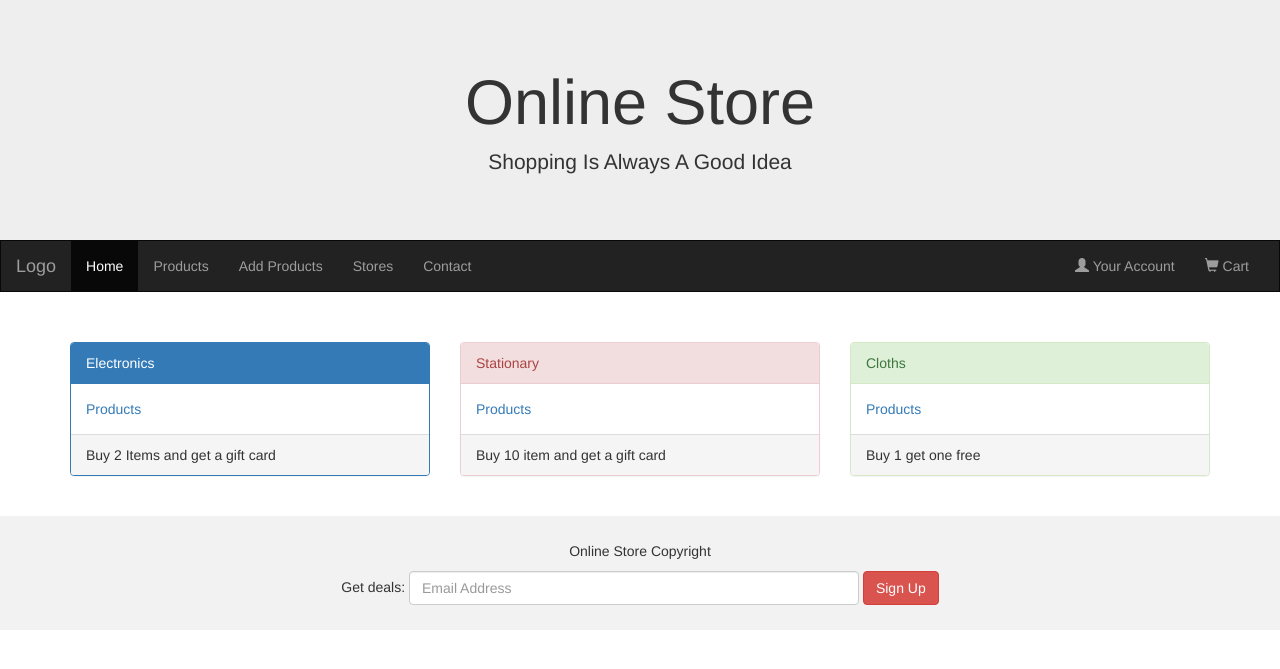
Repository: akashbhasy/AllTrainingProjects_MC-SB
Page: http://localhost/ProductPortalApp/WEB-INF/views/index.jsp
The author's editor kept a copy of each file at every save. The page is drawn from the files as they stood at one save, then again after the next save.
The browser window is 1280 px wide. The pictures show the whole page.
The page is served by Tomcat 9. Nobody is signed in. Other server files are loaded and not shown. The template is opened directly, without the code that normally fills it, so the values that code supplies are empty.

Above is the page before, as saved 2021-05-16 16:02:47.

### ProductPortalApp/src/main/webapp/WEB-INF/views/index.jsp
<!DOCTYPE html>
<html lang="en">
<head>
  <title>OnlineStore</title>
  <meta charset="utf-8">
  <meta name="viewport" content="width=device-width, initial-scale=1">
  <link rel="stylesheet" href="https://maxcdn.bootstrapcdn.com/bootstrap/3.4.1/css/bootstrap.min.css">
  <script src="https://ajax.googleapis.com/ajax/libs/jquery/3.5.1/jquery.min.js"></script>
  <script src="https://maxcdn.bootstrapcdn.com/bootstrap/3.4.1/js/bootstrap.min.js"></script>
  <style>
    /* Remove the navbar's default rounded borders and increase the bottom margin */
    .navbar {
      margin-bottom: 50px;
      border-radius: 0;
    }

    /* Remove the jumbotron's default bottom margin */
     .jumbotron {
      margin-bottom: 0;

    }

    /* Add a gray background color and some padding to the footer */
    footer {
      background-color: #f2f2f2;
      padding: 25px;
    }
  </style>
</head>
<body>

<div class="jumbotron">
  <div class="container text-center">
    <h1>Online Store</h1>
    <p>Shopping Is Always A Good Idea</p>
  </div>
</div>

<nav class="navbar navbar-inverse">
  <div class="container-fluid">
    <div class="navbar-header">
      <button type="button" class="navbar-toggle" data-toggle="collapse" data-target="#myNavbar">
        <span class="icon-bar"></span>
        <span class="icon-bar"></span>
        <span class="icon-bar"></span>
      </button>
      <a class="navbar-brand" href="#">Logo</a>
    </div>
    <div class="collapse navbar-collapse" id="myNavbar">
      <ul class="nav navbar-nav">
        <li class="active"><a href="index">Home</a></li>
        <li><a href="viewAllProducts">Products</a></li>
        <li><a href="addproduct">Add Products</a></li>
        <li><a href="#">Stores</a></li>
        <li><a href="#">Contact</a></li>
      </ul>
      <ul class="nav navbar-nav navbar-right">

	  <li class="dropdown"><a class="dropdown-toggle" data-toggle="dropdown" href="#"><span class="glyphicon glyphicon-user"></span> Your Account</a>
        <ul class="dropdown-menu">
          <li><a href="#">Profile View</a></li>
          <li><a href="/logout">Logout</a></li>
         </ul>
	  <li><a href="cart/mycart"><span class="glyphicon glyphicon-shopping-cart"></span> Cart</a></li>
      </ul>
    </div>
  </div>
</nav>

<div class="container">
  <div class="row">
    <div class="col-sm-4">
      <div class="panel panel-primary">
        <div class="panel-heading">Electronics</div>
        <div class="panel-body"><a href="viewAllProducts">Products</a></div>
        <div class="panel-footer">Buy 2 Items and get a gift card</div>
      </div>
    </div>
    <div class="col-sm-4">
      <div class="panel panel-danger">
        <div class="panel-heading">Stationary</div>
       <div class="panel-body"><a href="viewAllProducts">Products</a></div>
        <div class="panel-footer">Buy 10 item and get a gift card</div>
      </div>
    </div>
    <div class="col-sm-4">
      <div class="panel panel-success">
        <div class="panel-heading">Cloths</div>
       <div class="panel-body"><a href="viewAllProducts">Products</a></div>
        <div class="panel-footer">Buy 1 get one free</div>
      </div>
    </div>
  </div>
</div><br>

<footer class="container-fluid text-center">
  <p>Online Store Copyright</p>
  <form class="form-inline">Get deals:
    <input type="email" class="form-control" size="50" placeholder="Email Address">
    <button type="button" class="btn btn-danger">Sign Up</button>
  </form>
</footer>

</body>
</html>

After the next save:
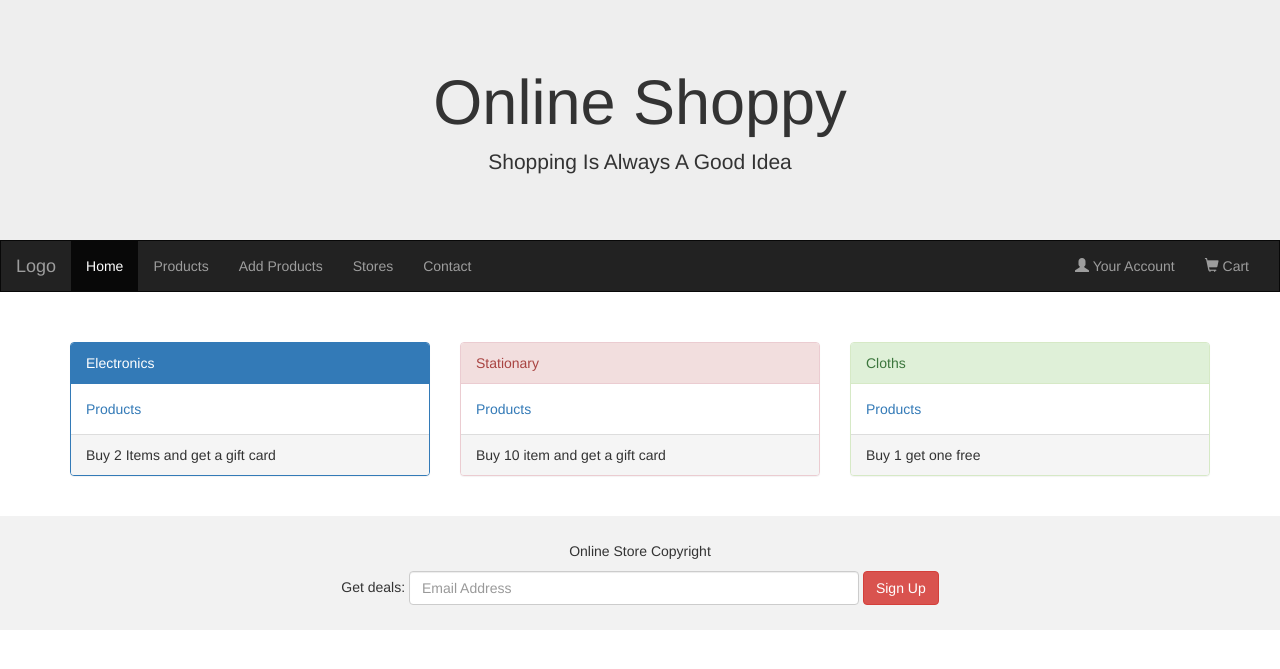
Saved 15 min 6 s later.
--- a/ProductPortalApp/src/main/webapp/WEB-INF/views/index.jsp
+++ b/ProductPortalApp/src/main/webapp/WEB-INF/views/index.jsp
@@ -1,7 +1,7 @@
 <!DOCTYPE html>
 <html lang="en">
 <head>
-  <title>OnlineStore</title>
+  <title>Online Shoppy</title>
   <meta charset="utf-8">
   <meta name="viewport" content="width=device-width, initial-scale=1">
   <link rel="stylesheet" href="https://maxcdn.bootstrapcdn.com/bootstrap/3.4.1/css/bootstrap.min.css">
@@ -31,7 +31,7 @@
 
 <div class="jumbotron">
   <div class="container text-center">
-    <h1>Online Store</h1>
+    <h1>Online Shoppy</h1>
     <p>Shopping Is Always A Good Idea</p>
   </div>
 </div>
